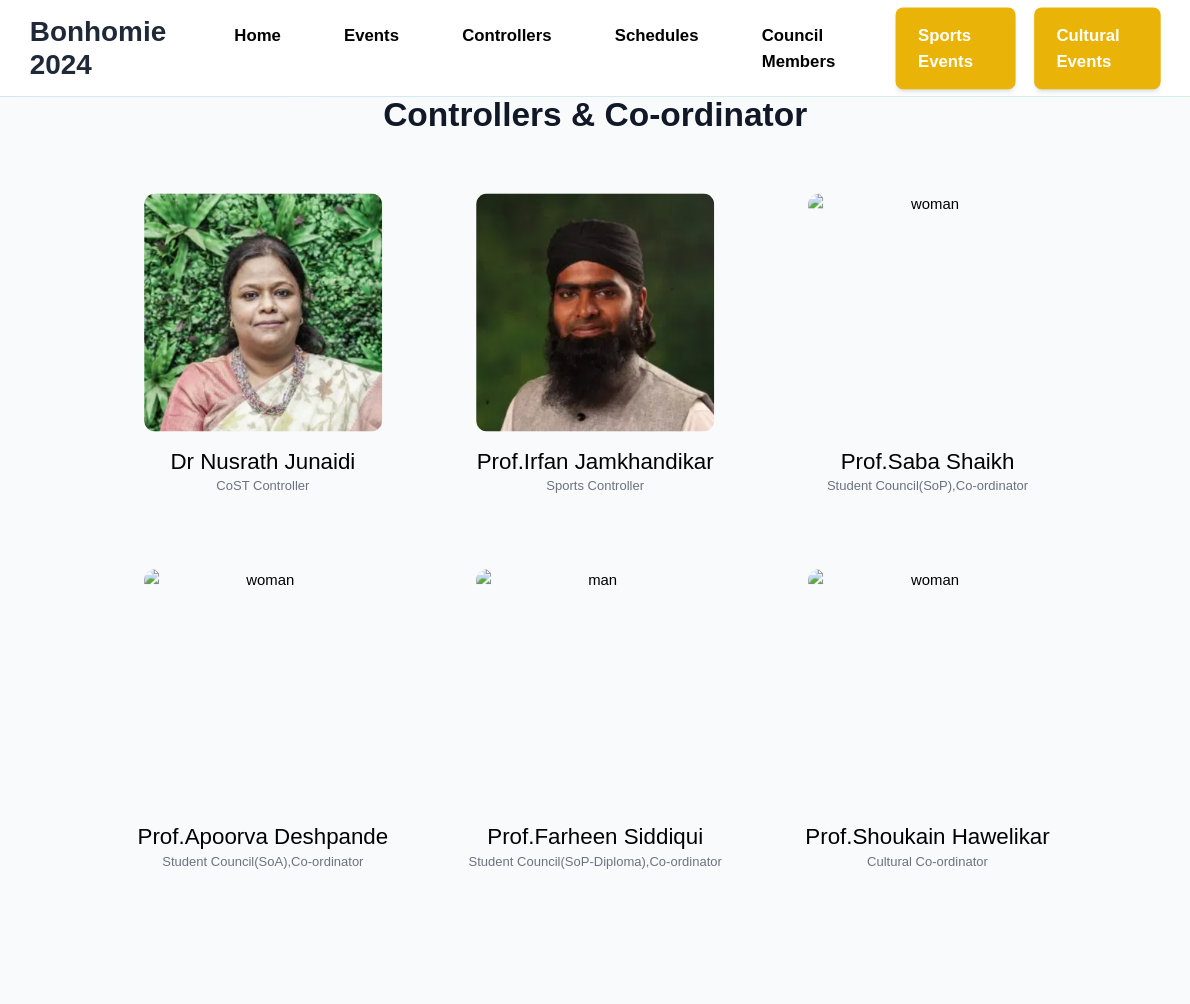
Repository: sshadulla22/Bonhomie2024
Page: Bonhomie 2024/Contr6ollers.html
An editor plug-in stored every save of this project. The page is shown before and after the next save, followed by the edit.
The browser window is 1280 px wide. The pictures show the whole page, at 93% of full size.
Some web libraries are served in a nearby version.

Above is the page before, as saved 2024-01-31 17:17:48.

After the next save:
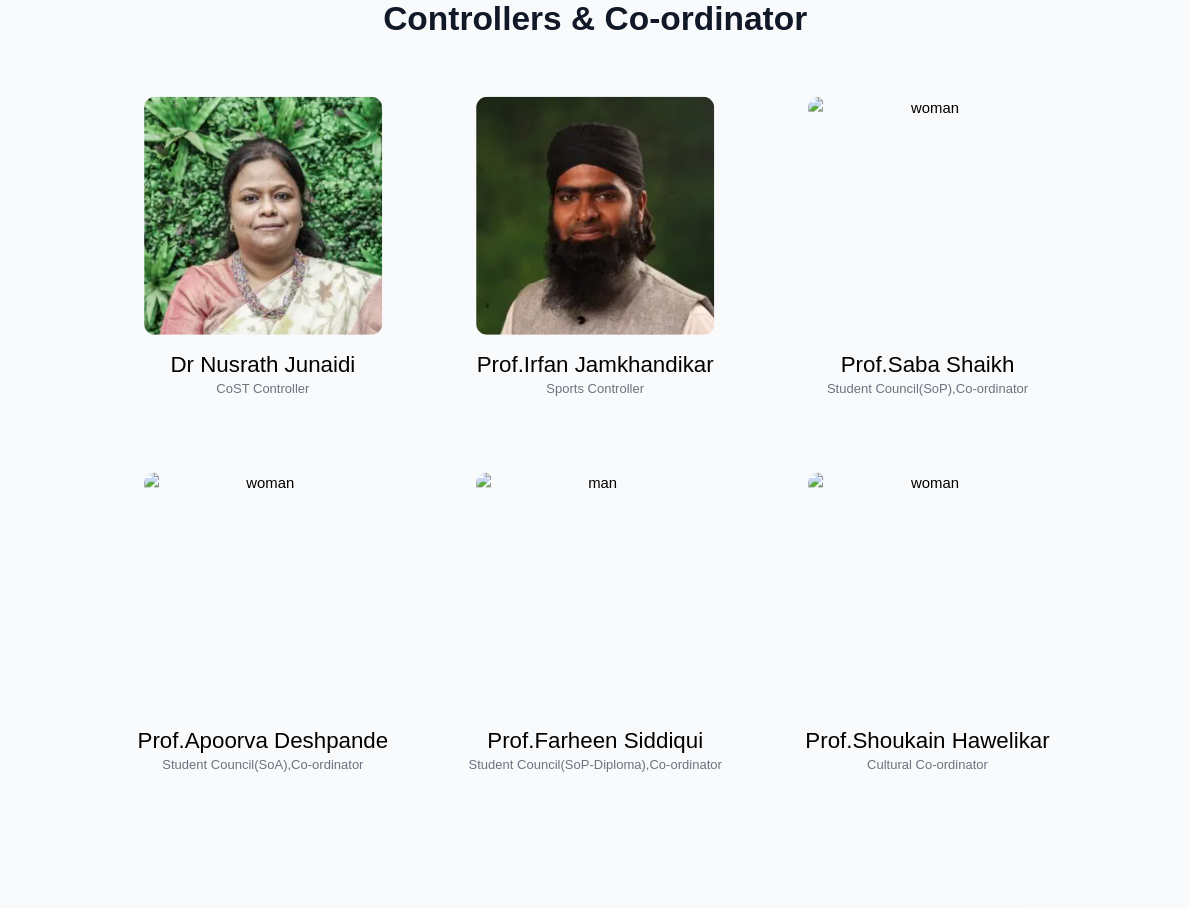
Saved 19 s later.
--- a/Bonhomie 2024/Contr6ollers.html
+++ b/Bonhomie 2024/Contr6ollers.html
@@ -8,37 +8,7 @@
     <title>Bonhomie 2024 </title>
 </head>
 
-    <div class="bg-gradient-to-r from-blue-500 to-green-500 flex flex-col h-screen">
-        <div class="bg-white py-2 px-8 flex justify-between items-center">
-            <a href="#" class="text-3xl font-bold text-gray-800">Bonhomie 2024</a>
-            <ul class="flex space-x-5">
-                <!-- <li><a href="#" class="text-lg bg-yellow-500 hover:bg-yellow-600 text-white py-4 px-6 rounded-lg font-bold shadow-md"></a>Events</li>
-                <li><a href="#" class="text-gray-800">Controllers</a></li>
-                <li><a href="#" class="text-gray-800">Schedule</a></li>
-                <li><a href="#" class="text-gray-800">Council Members</a></li> -->
-                <a href="/index.html"
-                class="text-lg bg-white hover:bg-yellow-500 text-black py-4 px-6 rounded-lg font-bold  =">Home
-            </a>
-                <a href="/EventsSports.html"
-                class="text-lg bg-white hover:bg-yellow-500 text-black py-4 px-6 rounded-lg font-bold  =">Events
-            </a>
-            <a href="/Contr6ollers.html"
-                class="text-lg bg-white hover:bg-yellow-500 text-black py-4 px-6 rounded-lg font-bold  =">Controllers
-            </a>
-            <a href="/Schedule.html"
-            class="text-lg bg-white hover:bg-yellow-500 text-black py-4 px-6 rounded-lg font-bold  =">Schedules
-        </a>
-        <a href="/Council Members.html"
-            class="text-lg bg-white hover:bg-yellow-500 text-black py-4 px-6 rounded-lg font-bold  =">Council Members
-        </a>
-                <a href="/EventsSports.html"
-                class="text-lg bg-yellow-500 hover:bg-yellow-600 text-white py-4 px-6 rounded-lg font-bold shadow-md =">Sports Events
-            </a>
-            <a href="/EventsClutural.html"
-                class="text-lg bg-yellow-500 hover:bg-yellow-600 text-white py-4 px-6 rounded-lg font-bold shadow-md =">Cultural Events
-            </a>
-            </ul>
-        </div>
+
 
 
 
